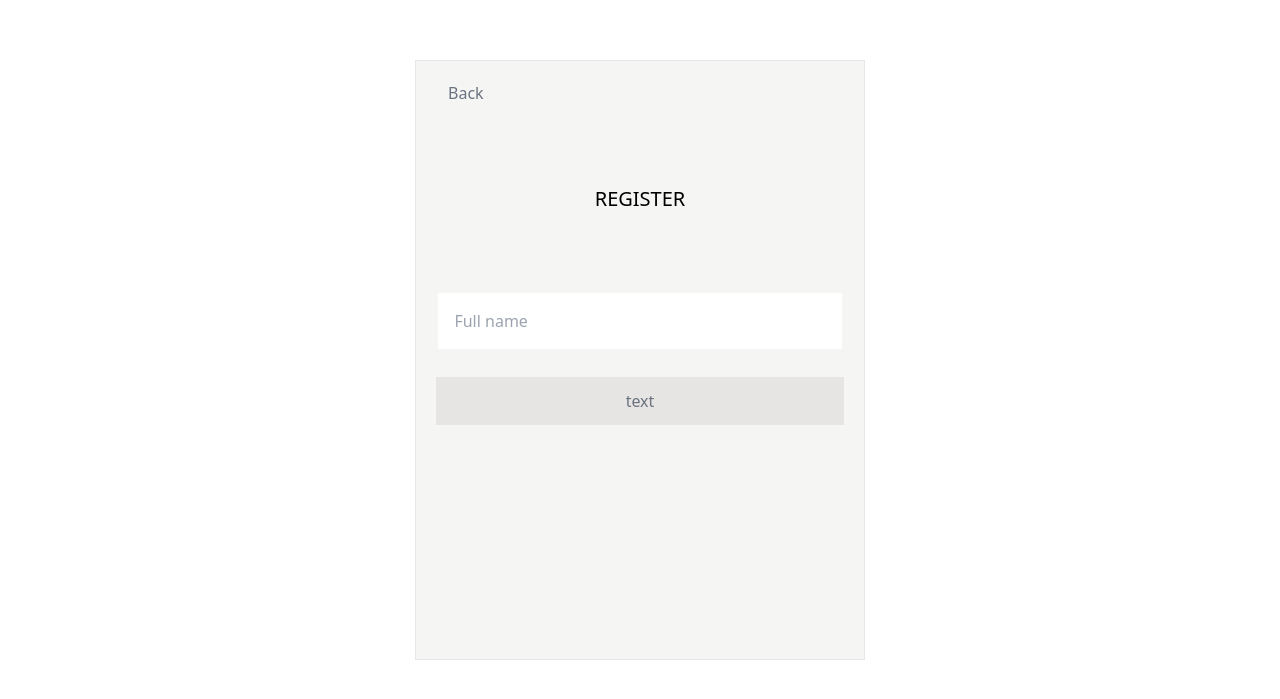
Repository: hsumyatm7308/oop-loginregister-php
Page: login.html
An editor plug-in stored every save of this project. The page is shown before and after the next save, followed by the edit.
The browser window is 1280 px wide. The pictures show the whole page.
Some web libraries are served in a nearby version.

Above is the page before, as saved 2023-08-01 14:32:11.

After the next save:
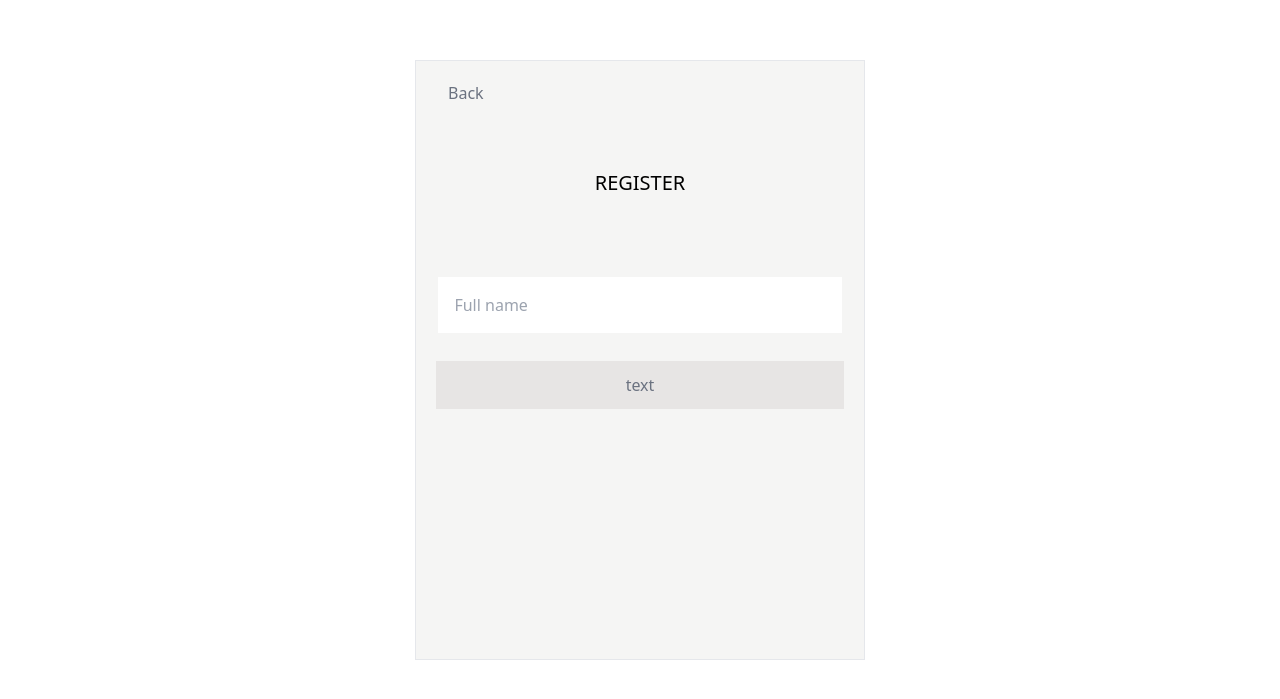
Saved 21 s later.
--- a/login.html
+++ b/login.html
@@ -17,7 +17,7 @@
         <span class="text-gray-500 self-start ml-8 mt-5">Back</span>
 
 
-        <h1 class="text-xl text-black uppercase mt-20">Register</h1>
+        <h1 class="text-xl text-black uppercase mt-16">Register</h1>
 
         <form action="" id="form" class="w-full flex justify-center items-center flex-col mt-20">
             <div class="page w-full flex justify-center items-center hidden">
